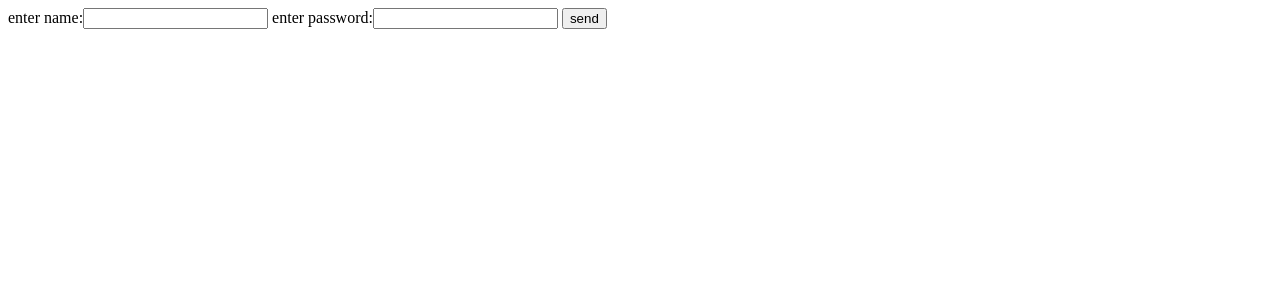
Repository: venkatasuryarameshbabu/palmetopractice
Page: webapp1/WebContent/index.html
The author's editor kept a copy of each file at every save. The page is drawn from the files as they stood at one save, then again after the next save.
The browser window is 1280 px wide. The pictures show the whole page.

Above is the page before, as saved 2020-02-06 10:11:28.

### webapp1/WebContent/index.html
<!DOCTYPE html>
<html>
<head>
<meta charset="ISO-8859-1">
<title>Insert into table</title>
</head>
<body>
<form action="http://localhost:8081:/task1/serv1">
enter name:<input type="text" name="name">
enter password:<input type="password" name="password">
<input type="submit" value="send">
</form>
</body>
</html>

After the next save:
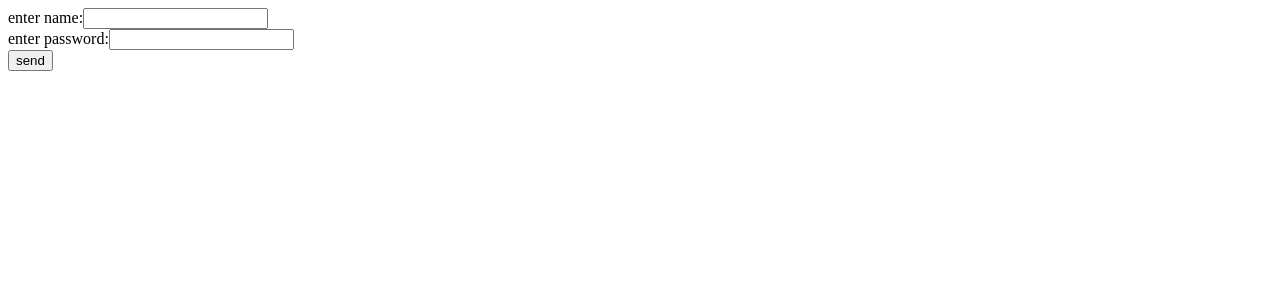
Saved 64 s later.
--- a/webapp1/WebContent/index.html
+++ b/webapp1/WebContent/index.html
@@ -6,8 +6,8 @@
 </head>
 <body>
 <form action="http://localhost:8081:/task1/serv1">
-enter name:<input type="text" name="name">
-enter password:<input type="password" name="password">
+enter name:<input type="text" name="name"></br>
+enter password:<input type="password" name="password"></br>
 <input type="submit" value="send">
 </form>
 </body>
